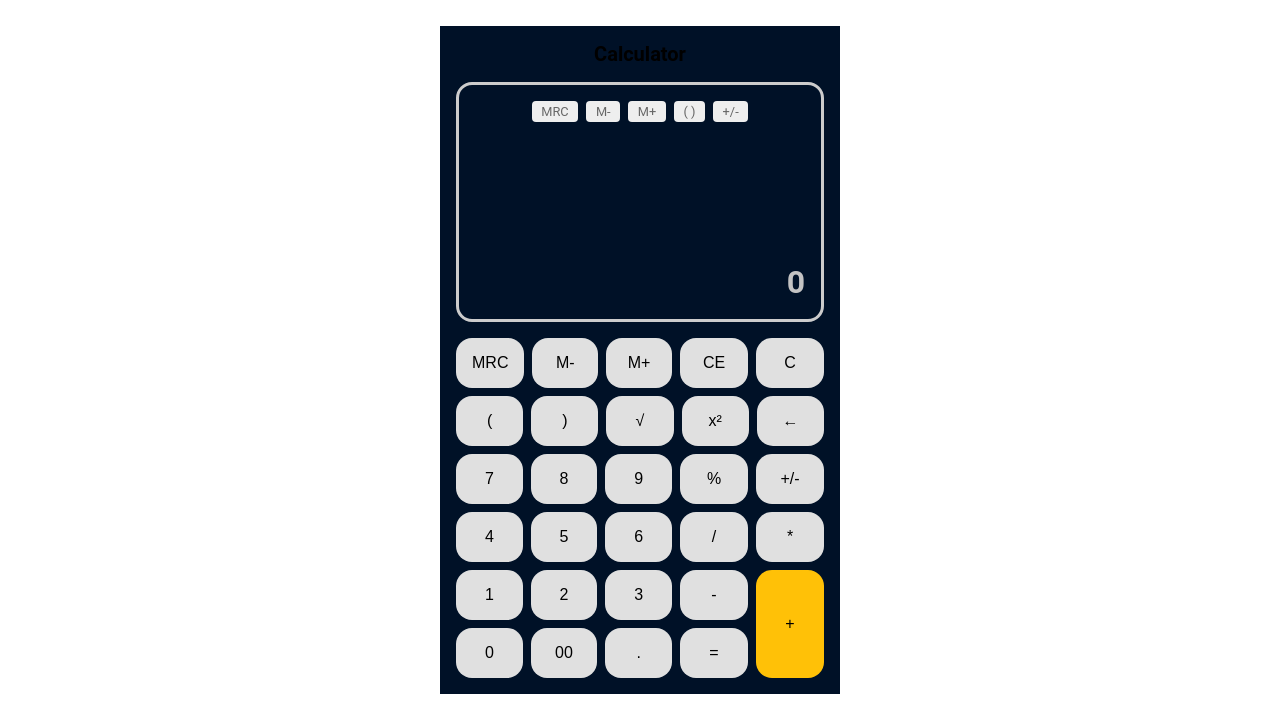
Repository: Denis793/CalculatorNew
Page: index.html
These files come from the project's save history. The page is drawn as it stood at one moment and after the next save; the edit follows.
The browser window is 1280 px wide. The pictures show the whole page.
The style sheet was rebuilt from its Sass, Less or Tailwind sources for each picture, by a compiler version that may differ from the author's.

Above is the page before, as saved 2025-05-17 19:18:43.

### index.html
<!DOCTYPE html>
<html lang="en">
  <head>
    <meta charset="UTF-8" />
    <meta name="viewport" content="width=device-width, initial-scale=1.0" />
    <title>Calculator</title>
    <link rel="stylesheet" href="./app/style/css/main.css" />
  </head>
  <body>
    <div class="calculatorContainer">
      <h1>Calculator</h1>

      <div class="display">
        <div class="indicators">
          <span class="indicator" data-key="MRC">MRC</span>
          <span class="indicator" data-key="M-">M-</span>
          <span class="indicator" data-key="M+">M+</span>
          <span class="indicator" data-key="()">( )</span>
          <span class="indicator" data-key="+/-">+/-</span>
        </div>

        <ul id="historyList"></ul>

        <div class="previous"></div>
        <div class="current"></div>
      </div>

      <div class="keypad">
        <div class="memoryBtn">
          <button class="button">MRC</button>
          <button class="button">M-</button>
          <button class="button">M+</button>
        </div>

        <div class="cleanBtn">
          <button class="button">CE</button>
          <button class="button ac">C</button>
        </div>

        <div class="buttonFirst">
          <button class="button">(</button>
          <button class="button">)</button>
          <button class="button">√</button>
          <button class="button">x²</button>
          <button class="button">←</button>
        </div>

        <div class="numbersBtn">
          <button class="button">7</button>
          <button class="button">8</button>
          <button class="button">9</button>

          <button class="button">4</button>
          <button class="button">5</button>
          <button class="button">6</button>

          <button class="button">1</button>
          <button class="button">2</button>
          <button class="button">3</button>

          <button class="button">0</button>
          <button class="button">00</button>
          <button class="button">.</button>
        </div>

        <div class="operationsBtn">
          <button class="button">%</button>
          <button class="button">+/-</button>
          <button class="button">/</button>
          <button class="button">*</button>
          <button class="button">-</button>
          <button class="button plus">+</button>
          <button class="button">=</button>
        </div>
      </div>
    </div>
    <script type="module" src="./app/js/main.js"></script>
  </body>
</html>

### app/js/main.js
import { initializeCalculator } from './state.js';
import './memory.js';
import './operations.js';
import './equals.js';
import './formatter.js';
import './history.js';
import './inputHandler.js';

initializeCalculator();

### app/js/state.js
import { handleMemory } from './memory.js';
import { handleOperations } from './operations.js';
import { handleEquals } from './equals.js';
import { handleInput } from './inputHandler.js';

export const state = {
  expression: '',
  memory: 0,
  memoryLog: [],
  memoryActive: false,

  finish: false,
  lastOperator: '',
  lastOperand: '',
  history: [],
  MAX_LENGTH: 12,
  displayPrev: document.querySelector('.previous'),
  displayCurr: document.querySelector('.current'),
  buttons: document.querySelector('.keypad'),
  historyList: document.getElementById('historyList'),
  lastFunction: '',
  parenthesesCount: 0,
};

export function clearAll() {
  state.expression = '';
  state.finish = false;
  state.lastOperator = '';
  state.lastOperand = '';
  state.lastFunction = '';
  state.parenthesesCount = 0;
  state.displayCurr.textContent = '0';
  state.displayPrev.textContent = '';
  state.historyList.innerHTML = '';
  state.history = [];
  state.memoryActive = false;

  document.querySelectorAll('.button').forEach((btn) => btn.classList.remove('active-operator'));
  document.querySelectorAll('.indicator').forEach((i) => i.classList.remove('active'));
}

export function initializeCalculator() {
  clearAll();

  document.querySelector('.ac').addEventListener('click', clearAll);

  state.buttons.addEventListener('click', (e) => {
    const btn = e.target;
    if (!btn.classList.contains('button')) return;

    const key = btn.textContent;

    const specialKeys = ['MRC', 'M-', 'M+', '+/-', '√'];
    if (specialKeys.includes(key)) {
      document.querySelectorAll('.indicator').forEach((i) => {
        const keep = i.dataset.key === '()' && state.parenthesesCount > 0;
        if (!keep) i.classList.remove('active');
      });
      const indicator = document.querySelector(`.indicator[data-key="${key}"]`);
      if (indicator) indicator.classList.add('active');
    }

    if (handleMemory(key)) return;
    if (handleOperations(key)) return;
    if (handleEquals(key)) return;
    if (handleInput(key)) return;
  });
}

### app/js/memory.js
import { state } from './state.js';
import { formatExpression } from './formatter.js';

export function handleMemory(key) {
  if (!state.memoryLog) state.memoryLog = [];

  if (key === 'MRC') {
    const indicator = document.querySelector('.indicator[data-key="MRC"]');
    if (state.memoryActive) {
      state.memoryActive = false;
      if (indicator) indicator.classList.remove('active');
    } else {
      state.displayCurr.textContent = formatExpression(state.memory.toString());
      state.expression = state.memory.toString();
      state.finish = false;
      state.memoryActive = true;
      if (indicator) indicator.classList.add('active');
    }
    return true;
  }

  if (key === 'M+') {
    const value = parseFloat(state.displayCurr.textContent.replace(/\s/g, '')) || 0;
    state.memory += value;
    state.memoryLog.push(`+${value}`);
    if (state.memoryLog.length > 5) state.memoryLog.shift();
    state.memoryActive = true;
    const indicator = document.querySelector('.indicator[data-key="MRC"]');
    if (indicator) indicator.classList.add('active');
    return true;
  }

  if (key === 'M-') {
    const value = parseFloat(state.displayCurr.textContent.replace(/\s/g, '')) || 0;
    state.memory -= value;
    state.memoryLog.push(`-${value}`);
    if (state.memoryLog.length > 5) state.memoryLog.shift();
    state.memoryActive = true;
    const indicator = document.querySelector('.indicator[data-key="MRC"]');
    if (indicator) indicator.classList.add('active');
    return true;
  }

  return false;
}

### app/js/operations.js
import { state, clearAll } from './state.js';
import { formatExpression } from './formatter.js';

export function handleOperations(key) {
  if (key === '+/-') {
    if (state.displayCurr.textContent === '0') return true;
    if (state.finish) {
      state.expression = (-parseFloat(state.displayCurr.textContent.replace(/\s/g, ''))).toString();
      state.finish = false;
    } else {
      const match = state.expression.match(/(-?\d+\.?\d*)$/);
      if (match) {
        const num = match[0];
        const inverted = (-parseFloat(num)).toString();
        state.expression = state.expression.slice(0, -num.length) + inverted;
      } else {
        state.expression = '-' + state.expression;
      }
    }
    state.displayCurr.textContent = formatExpression(state.expression);
    return true;
  }

  if (key === '←') {
    if (state.finish) return true;
    state.expression = state.expression.slice(0, -1);
    state.displayCurr.textContent = formatExpression(state.expression) || '0';
    return true;
  }

  if (key === '%') {
    state.expression += '/100';
    state.displayCurr.textContent = formatExpression(state.expression);
    return true;
  }

  if (key === '√') {
    if (state.expression === '') return true;
    const original = state.expression;
    const result = Math.sqrt(eval(original));
    const visible = `√${original}`;
    state.expression = result.toString();
    state.displayCurr.textContent = formatExpression(state.expression);
    state.displayPrev.textContent = visible;
    state.lastFunction = 'sqrt';
    state.lastOperator = '';
    state.lastOperand = '';
    state.finish = true;
    const indicator = document.querySelector(`.indicator[data-key="√"]`);
    if (indicator) indicator.classList.add('active');
    return true;
  }

  if (key === '(') {
    const lastChar = state.expression.slice(-1);
    if (/\d|\)/.test(lastChar)) return true;

    if (state.finish) {
      state.expression = '';
      state.finish = false;
    }

    state.expression += key;
    state.displayCurr.textContent = formatExpression(state.expression);
    state.parenthesesCount++;

    const indicator = document.querySelector('.indicator[data-key="()"]');
    if (indicator) indicator.classList.add('active');

    return true;
  }

  if (key === ')') {
    if (state.finish) {
      state.expression = '';
      state.finish = false;
    }
    state.expression += key;
    state.displayCurr.textContent = formatExpression(state.expression);
    if (state.parenthesesCount > 0) {
      state.parenthesesCount--;
      if (state.parenthesesCount === 0) {
        const indicator = document.querySelector(`.indicator[data-key="()"]`);
        if (indicator) indicator.classList.remove('active');
      }
    }
    return true;
  }

  if (key === 'x²') {
    const value = eval(state.expression || '0');
    const result = value ** 2;
    const visible = `${value}²`;
    state.expression = result.toString();
    state.displayCurr.textContent = formatExpression(state.expression);
    state.displayPrev.textContent = visible;
    state.lastFunction = 'square';
    state.lastOperator = '';
    state.lastOperand = '';
    state.finish = true;
    return true;
  }

  if (key === 'CE') {
    const match = state.expression.match(/.*?(?:[+\-*/(]|^)([\d.]+)$/);
    if (match) {
      state.expression = state.expression.slice(0, -match[1].length);
    } else {
      state.expression = '';
    }
    state.lastFunction = '';
    state.displayCurr.textContent = formatExpression(state.expression) || '0';
    document.querySelectorAll('.indicator').forEach((i) => i.classList.remove('active'));
    return true;
  }

  if (key === 'C') {
    clearAll();
    return true;
  }

  return false;
}

### app/js/equals.js
import { state } from './state.js';
import { formatExpression } from './formatter.js';
import { addToHistory } from './history.js';

export function handleEquals(key) {
  if (key !== '=') return false;

  try {
    const open = (state.expression.match(/\(/g) || []).length;
    const close = (state.expression.match(/\)/g) || []).length;
    if (open !== close) return true;

    if (!state.finish) {
      const result = eval(state.expression);
      const match = state.expression.match(/(.+)([+\-*/])\s*(-?\d+\.?\d*)$/);

      if (match) {
        state.lastOperator = match[2];
        state.lastOperand = match[3];
      } else {
        state.lastOperator = '';
        state.lastOperand = '';
      }

      const visible = state.displayPrev.textContent || state.expression;

      state.displayCurr.textContent = formatExpression(result.toString());
      state.expression = result.toString();
      state.finish = true;
      state.displayPrev.textContent = '';

      const containsOperator = /[+\-*/()]|Math\.sqrt|%/.test(visible);
      const isSame = visible.replace(/\s/g, '') === result.toString();

      if (containsOperator && !isSame) {
        addToHistory(`${visible} = ${result}`);
      }
    } else if (state.lastFunction === 'sqrt' && state.finish) {
      const value = parseFloat(state.expression);
      const result = Math.sqrt(value);
      const visible = `√${value}`;
      state.displayCurr.textContent = formatExpression(result.toString());
      state.expression = result.toString();
      state.displayPrev.textContent = visible;
      addToHistory(`${visible} = ${result}`);
      return true;
    } else if (state.lastOperator && state.lastOperand) {
      state.expression = `${state.expression}${state.lastOperator}${state.lastOperand}`;
      const result = eval(state.expression);
      state.displayCurr.textContent = formatExpression(result.toString());
      state.expression = result.toString();
      addToHistory(`${state.expression} = ${result}`);
    }
  } catch {
    return true;
  }

  return true;
}

### app/js/formatter.js
export function formatExpression(expression) {
  return expression.replace(/\d+/g, (match) => {
    return Number(match).toLocaleString('en-US').replace(/,/g, ' ');
  });
}

### app/js/history.js
import { state } from './state.js';

export function addToHistory(item) {
  state.history.push(item);
  if (state.history.length > 3) state.history.shift();

  state.historyList.innerHTML = '';
  state.history.forEach((entry) => {
    const li = document.createElement('li');
    li.textContent = entry;
    state.historyList.appendChild(li);
  });
}

### app/js/inputHandler.js
import { state } from './state.js';
import { formatExpression } from './formatter.js';

export function handleInput(key) {
  const allowed = ['0', '1', '2', '3', '4', '5', '6', '7', '8', '9', '.', '+', '-', '*', '/', '00'];
  if (!allowed.includes(key)) return false;

  if (state.finish) {
    if (!isNaN(key) || key === '(') state.expression = '';
    state.finish = false;
  }

  const digitsOnly = state.expression.replace(/\D/g, '');
  if (digitsOnly.length >= state.MAX_LENGTH) return true;

  if (state.displayCurr.textContent === '0' && !isNaN(key)) {
    state.expression = key;
  } else {
    state.expression += key;
  }

  state.displayCurr.textContent = formatExpression(state.expression);
  return true;
}

### app/style/scss/main.scss
@use 'reset' as *;
@use 'variables' as *;

.calculatorContainer {
  max-width: 400px;
  width: 100%;
  padding: 1rem;
  height: auto;
  background: #001127;
}

h1 {
  text-align: center;
  margin-bottom: 1rem;
}

.display {
  background: #001127;
  padding: 1rem;
  border: 3px solid #ccc;
  display: flex;
  flex-direction: column;
  justify-content: space-between;
  gap: 0.5rem;
  height: 15rem;
  text-align: right;
  border-radius: 1rem;
}

.indicators {
  display: flex;
  flex-wrap: wrap;
  gap: 0.5rem;
  justify-content: center;
  font-size: 0.85rem;
  color: #666;
}

.indicator {
  padding: 0.2rem 0.6rem;
  font-size: 0.8rem;
  border-radius: 4px;
  background: #eee;
  border: none;
}

.indicator.active {
  color: rgb(0, 0, 0);
  font-weight: bold;
}

#historyList {
  font-size: 0.8rem;
  list-style: none;
  padding: 0;
  margin: 0;
  color: #c5c5c5;
}

.previous {
  font-size: 0.9rem;
  color: #888;
  height: 1rem;
}

.current {
  font-size: 2rem;
  font-weight: bold;
  min-height: 2.5rem;
  color: #c3c3c3;
}

.keypad {
  display: grid;
  grid-template-areas:
    'memoryBtn cleanBtn'
    'buttonFirst buttonFirst'
    'numbersBtn operationsBtn';
  grid-template-columns: 3fr 2fr;
  gap: 0.5rem;
  margin-top: 1rem;
}

.memoryBtn {
  grid-area: memoryBtn;
  display: grid;
  grid-template-columns: repeat(3, 1fr);
  gap: 0.5rem;
}

.cleanBtn {
  grid-area: cleanBtn;
  display: grid;
  grid-template-columns: repeat(2, 1fr);
  gap: 0.5rem;
}

.buttonFirst {
  grid-area: buttonFirst;
  display: grid;
  grid-template-columns: repeat(5, 1fr);
  gap: 0.5rem;
}

.numbersBtn {
  grid-area: numbersBtn;
  display: grid;
  grid-template-columns: repeat(3, 1fr);
  gap: 0.5rem;
}

.operationsBtn {
  grid-area: operationsBtn;
  display: grid;
  grid-template-columns: repeat(2, 1fr);
  gap: 0.5rem;
}

.button {
  padding: 1rem;
  background: #e0e0e0;
  border: none;
  border-radius: 1rem;
  font-size: 1rem;
  cursor: pointer;
  transition: background 0.2s ease;
}

.button:hover {
  background: #d0d0d0;
}

.button.plus {
  grid-row: span 2;
  background-color: #ffc107;
}

### app/style/scss/_reset.scss
* {
  margin: 0;
  padding: 0;
  box-sizing: border-box;
}

body {
  font-family: 'Roboto', sans-serif;
  font-size: 10px;
  height: 100vh;
  display: flex;
  justify-content: center;
  align-items: center;
}

li {
  list-style: none;
}

### app/style/scss/_variables.scss
:root {
  --memoryBtn: #000;
}

After the next save:
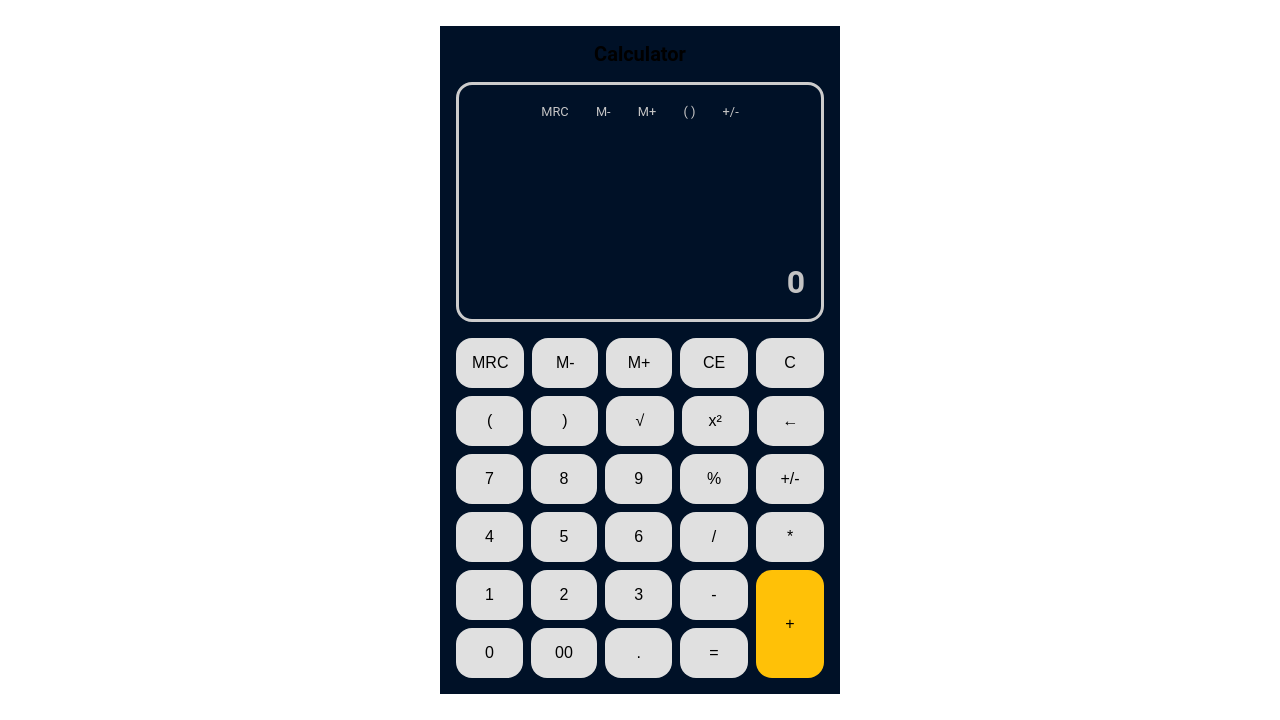
Saved 34 s later.
--- a/app/style/scss/main.scss
+++ b/app/style/scss/main.scss
@@ -33,14 +33,13 @@ h1 {
   gap: 0.5rem;
   justify-content: center;
   font-size: 0.85rem;
-  color: #666;
+  color: #c7c7c7;
 }
 
 .indicator {
   padding: 0.2rem 0.6rem;
   font-size: 0.8rem;
   border-radius: 4px;
-  background: #eee;
   border: none;
 }
 
